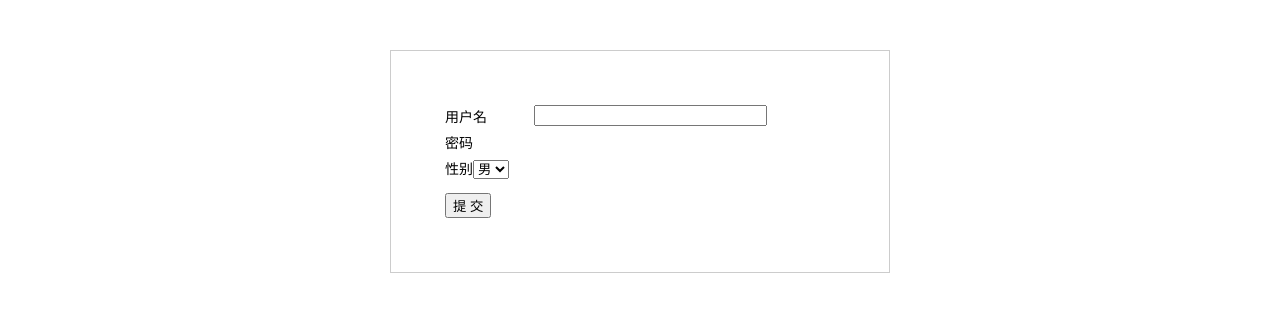
Repository: tangqingyun/java
Page: http://localhost/tamny_blog/Reg.jsp
The author's editor kept a copy of each file at every save. The page is drawn from the files as they stood at one save, then again after the next save.
The browser window is 1280 px wide. The pictures show the whole page.
The page is served by Tomcat 9. Nobody is signed in. The application's start-up code is not run.

Above is the page before, as saved 2015-01-21 07:50:28.

After the next save:
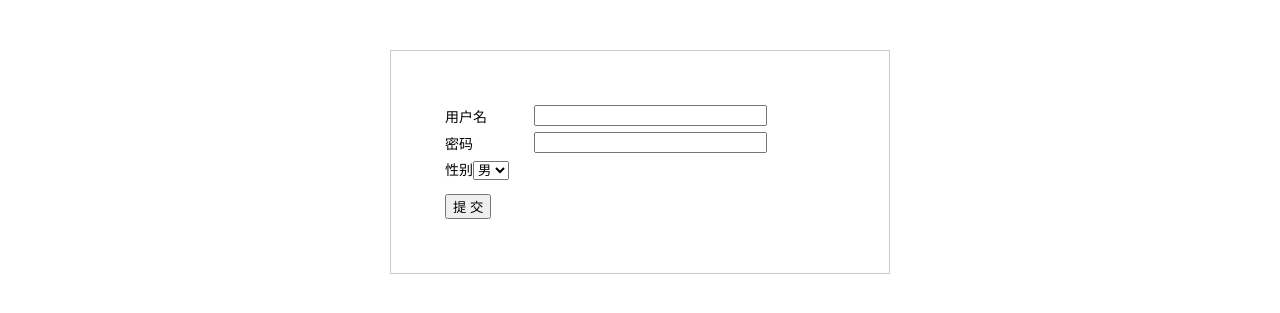
Saved 6 s later.
--- a/tamny_blog/WebContent/Reg.jsp
+++ b/tamny_blog/WebContent/Reg.jsp
@@ -23,6 +23,7 @@
 
 			<tr>
 				<td>密码</td>
+				<td><input type="text" name="user.userpwd" size="26" /></td>
 			</tr>
 
 			<tr>
